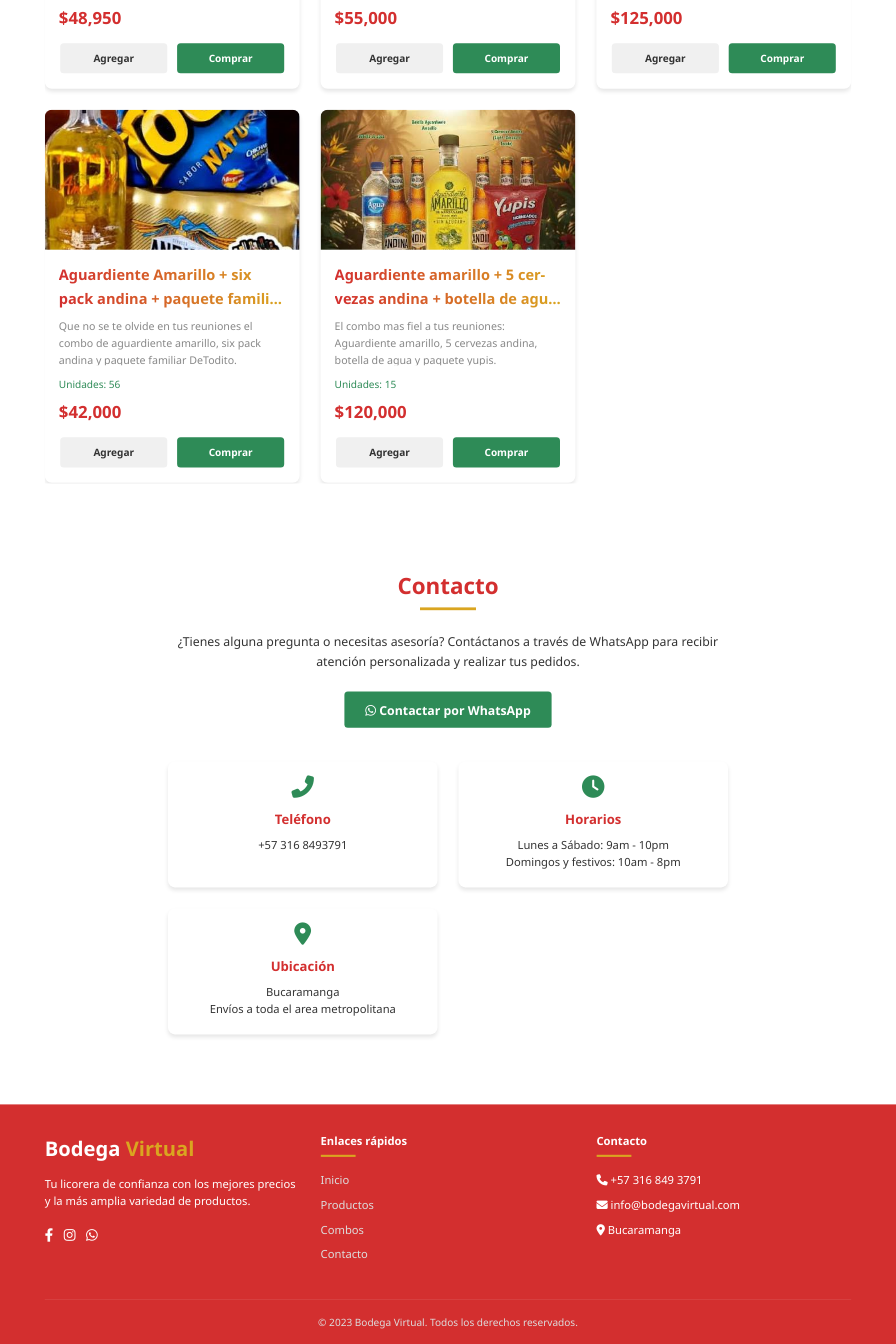
Repository: nicolasardila2002/Bodega-Virtual
Page: index.html
The author's editor kept a copy of each file at every save. The page is drawn from the files as they stood at one save, then again after the next save.
The browser window is 1280 px wide. The pictures show the part of the page from y = 1724 to 3644 px (the page is 3644 px tall), at 70% of full size.

Above is the page before, as saved 2025-12-22 21:57:09.

### index.html
<!DOCTYPE html>
<html lang="es">
<head>
    <meta charset="UTF-8">
    <meta name="viewport" content="width=device-width, initial-scale=1.0">
    <title>Bodega Virtual - Licorera Online</title>
    <link rel="stylesheet" href="style.css">
    <link rel="stylesheet" href="https://cdnjs.cloudflare.com/ajax/libs/font-awesome/6.4.0/css/all.min.css">
    <link rel="icon" type="image/x-icon" href="assets/Logo.png-removebg.png">

    <link rel="icon" href="assets/favicon-bv-amarillo.png" type="image/png">
</head>
<body>
    <!-- Header y navegación -->
    <header>
        <div class="header-container">
            <div class="logo">
                <img src="assets/Logo.png-removebg.png" alt="Bodega Virtual Logo">
                <div class="logo-text">Bodega <span>Virtual</span></div>
            </div>

            <button class="mobile-menu-btn">
                <i class="fas fa-bars"></i>
            </button>

            <nav>
                <ul>
                    <li><a href="#inicio" class="active">Inicio</a></li>
                    <li><a href="#combos">Combos</a></li>
                    <li><a href="#productos">Productos</a></li>
                    <li><a href="#contacto">Contacto</a></li>
                    <li>
                        <div class="cart-icon">
                            <i class="fas fa-shopping-cart"></i>
                            <span class="cart-count">0</span>
                        </div>
                    </li>
                </ul>
            </nav>
        </div>
    </header>

    <!-- Hero section -->
    <section class="hero" id="inicio">
        <h1>Los mejores licores al mejor precio</h1>
        <p>Descubre nuestra amplia selección de bebidas y combos especiales. Envío rápido y seguro a toda la ciudad.</p>
        <a href="#productos" class="btn">Ver productos</a>
    </section>

    <!-- Sección de productos individuales -->
    <section id="productos">
        <h2 class="section-title">Productos Individuales</h2>
        <div class="products-container" id="individual-products">
            <!-- Los productos se cargarán dinámicamente con JavaScript -->
        </div>
    </section>

    <!-- Sección de combos -->
    <section id="combos">
        <h2 class="section-title">Combos Especiales</h2>
        <div class="products-container" id="combo-products">
            <!-- Los combos se cargarán dinámicamente con JavaScript -->
        </div>
    </section>

    <!-- Sección de contacto -->
    <section id="contacto">
        <h2 class="section-title">Contacto</h2>
        <div class="contact-container">
            <p class="contact-description">¿Tienes alguna pregunta o necesitas asesoría? Contáctanos a través de WhatsApp para recibir atención personalizada y realizar tus pedidos.</p>
            <a href="https://wa.me/573168493791?text=Hola,%20me%20interesa%20hacer%20un%20pedido" class="btn" target="_blank" id="whatsapp-contact">
                <i class="fab fa-whatsapp"></i> Contactar por WhatsApp
            </a>
            <div class="contact-info-grid">
                <div class="contact-card">
                    <i class="fas fa-phone-alt"></i>
                    <h3>Teléfono</h3>
                    <p>+57 316 8493791</p>
                </div>
                <div class="contact-card">
                    <i class="fas fa-clock"></i>
                    <h3>Horarios</h3>
                    <p>Lunes a Sábado: 9am - 10pm</p>
                    <p>Domingos y festivos: 10am - 8pm</p>
                </div>
                <div class="contact-card">
                    <i class="fas fa-map-marker-alt"></i>
                    <h3>Ubicación</h3>
                    <p>Bucaramanga</p>
                    <p>Envíos a toda el area metropolitana</p>
                </div>
            </div>
        </div>
    </section>

    <!-- Carrito de compras -->
    <div class="cart-sidebar">
        <div class="cart-header">
            <h3>Tu Carrito</h3>
            <button class="close-cart"><i class="fas fa-times"></i></button>
        </div>
        <div class="cart-items">
            <!-- Los items del carrito se agregarán dinámicamente -->
        </div>
        <div class="cart-total">
            <span>Total:</span>
            <span id="cart-total-price">$0</span>
        </div>
        <div class="cart-actions">
            <button class="btn" id="checkout-btn">Finalizar Compra</button>
            <button class="btn" id="clear-cart">Vaciar Carrito</button>
        </div>
    </div>

    <!-- Overlay para el carrito -->
    <div class="overlay"></div>

    <!-- Modal para datos del cliente -->
    <div class="customer-modal">
        <h3>¡Antes de finalizar!</h3>
        <p>Para mejorar tu experiencia y ofrecerte mejores ofertas, por favor ingresa tus datos:</p>
        <form id="customer-form">
            <div class="form-group">
                <label for="customer-name">Nombre completo *</label>
                <input type="text" id="customer-name" required>
            </div>
            <div class="form-group">
                <label for="customer-phone">Número de teléfono *</label>
                <input type="tel" id="customer-phone" required>
            </div>
            <div class="modal-buttons">
                <button type="button" class="btn btn-secondary" id="skip-data">Omitir</button>
                <button type="submit" class="btn">Continuar con WhatsApp</button>
            </div>
        </form>
    </div>

    <!-- Footer -->
    <footer>
        <div class="footer-container">
            <div class="footer-section">
                <div class="footer-logo">Bodega <span>Virtual</span></div>
                <p>Tu licorera de confianza con los mejores precios y la más amplia variedad de productos.</p>
                <div class="social-icons">
                    <a href="#"><i class="fab fa-facebook-f"></i></a>
                    <a href="#"><i class="fab fa-instagram"></i></a>
                    <a href="#"><i class="fab fa-whatsapp"></i></a>
                </div>
            </div>
            <div class="footer-section">
                <h4>Enlaces rápidos</h4>
                <ul>
                    <li><a href="#inicio">Inicio</a></li>
                    <li><a href="#productos">Productos</a></li>
                    <li><a href="#combos">Combos</a></li>
                    <li><a href="#contacto">Contacto</a></li>
                </ul>
            </div>
            <div class="footer-section">
                <h4>Contacto</h4>
                <ul>
                    <li><i class="fas fa-phone"></i> +57 316 849 3791</li>
                    <li><i class="fas fa-envelope"></i> info@bodegavirtual.com</li>
                    <li><i class="fas fa-map-marker-alt"></i> Bucaramanga</li>
                </ul>
            </div>
        </div>
        <div class="copyright">
            &copy; 2023 Bodega Virtual. Todos los derechos reservados.
        </div>
    </footer>

    <script>
// Código de emergencia para forzar que el carrito esté oculto

// Código de emergencia MEJORADO - Solo se ejecuta si realmente hay problemas
(function() {
    // Esperar a que todo cargue
    setTimeout(function() {
        const cartIcon = document.querySelector('.cart-icon');
        const cartSidebar = document.querySelector('.cart-sidebar');

        // Solo intervenir si el icono del carrito no responde
        if (cartIcon && cartSidebar) {
            let clickCount = 0;

            // Verificar si el carrito ya tiene listeners
            const hasListeners = typeof cartIcon._hasListeners !== 'undefined';

            if (!hasListeners) {
                console.log('Activando carrito de emergencia mejorado');

                // Listener simple y directo
                cartIcon.addEventListener('click', function(e) {
                    e.preventDefault();
                    e.stopPropagation();
                    console.log('EMERGENCIA: Abriendo carrito');

                    // Alternar clase 'active' en carrito y overlay
                    cartSidebar.classList.toggle('active');
                    const overlay = document.querySelector('.overlay');
                    if (overlay) overlay.classList.toggle('active');

                    // Contar clicks para debugging
                    clickCount++;
                    console.log('Clicks de emergencia:', clickCount);

                    return false;
                }, true); // Usar capture para prioridad

                // Marcar que ya tiene listeners
                cartIcon._hasListeners = true;

                // Asegurar que sea clickeable
                cartIcon.style.cursor = 'pointer';
                cartIcon.style.pointerEvents = 'auto';
            }
        }
    }, 2000); // Esperar 2 segundos antes de intervenir
})();
</script>

    <script src="script.js"></script>

</body>
</html>

Loaded but not shown: productos.json (74 lines, source omitted); script.js (630 lines, source omitted); style.css (1154 lines, source omitted)

After the next save:
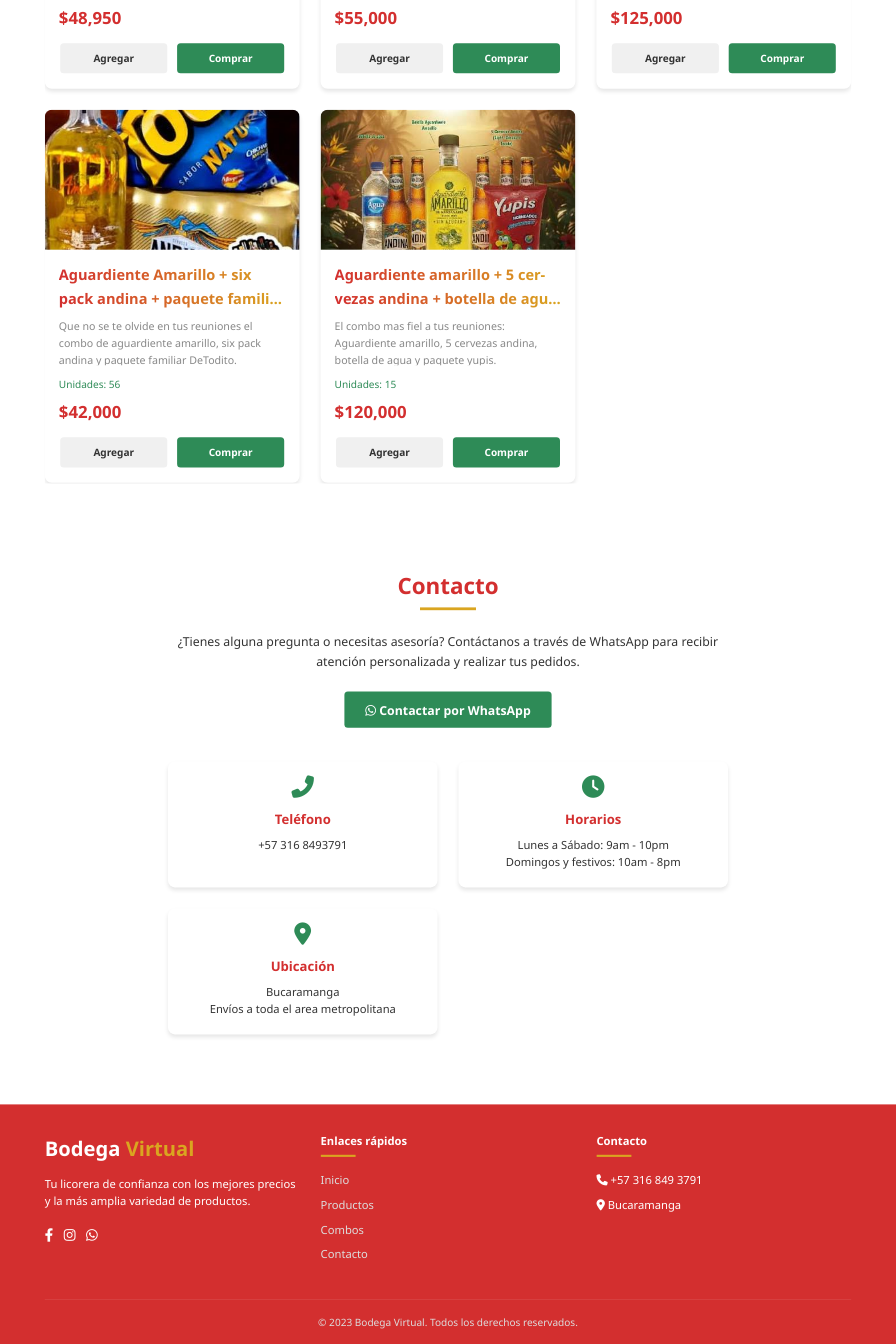
Saved 12 s later.
--- a/index.html
+++ b/index.html
@@ -160,7 +160,7 @@
                 <h4>Contacto</h4>
                 <ul>
                     <li><i class="fas fa-phone"></i> +57 316 849 3791</li>
-                    <li><i class="fas fa-envelope"></i> info@bodegavirtual.com</li>
+                    <!-- <li><i class="fas fa-envelope"></i> info@bodegavirtual.com</li> -->
                     <li><i class="fas fa-map-marker-alt"></i> Bucaramanga</li>
                 </ul>
             </div>
